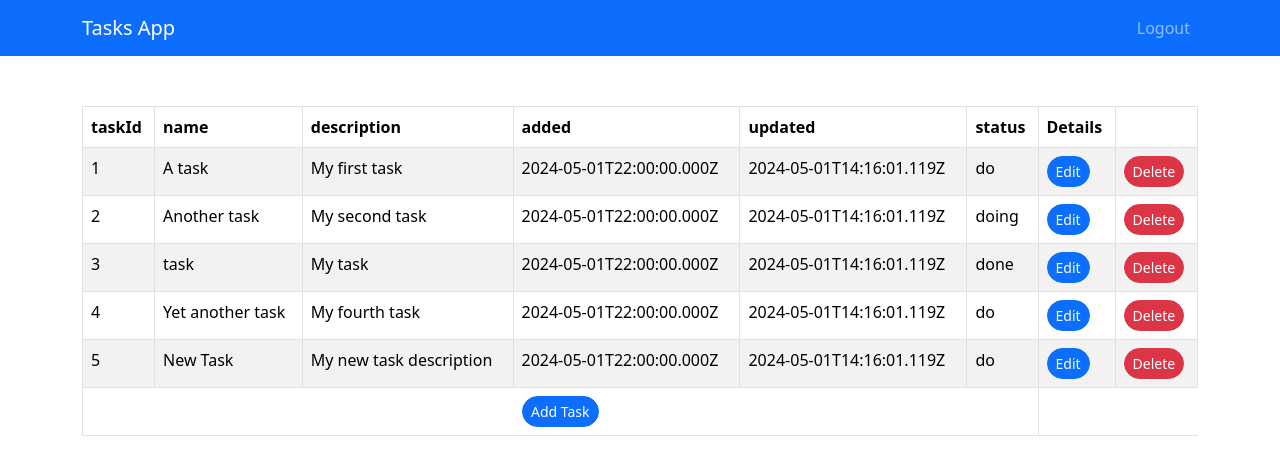
Repository: trider/react-task-manager
Page: /#/tasks
An editor plug-in stored every save of this project. The page is shown before and after the next save, followed by the edit.
The browser window is 1280 px wide. The pictures show the whole page.
The project was rebuilt for these pictures with package versions that can differ from the ones it lists, and the page was loaded fresh each time. Also part of the build but not shown: src/App.css, src/data/_Users.js, src/pages/Login.js.

Above is the page before, as saved 2024-05-07 15:49:41.

### src/App.js
// import logo from './logo.svg';
import './App.css';
import 'bootstrap/dist/css/bootstrap.min.css';
// import { BrowserRouter, Routes, Route } from "react-router-dom";
import {HashRouter as Router, Routes, Route} from "react-router-dom";
import LoginForm from "./pages/Login";
import TaskList from "./pages/Task";

// const path = process.env.REACT_APP_FOR_PATH;

function App() {
  return (
    <div>
      <Router baseline="/">
        <Routes>
          <Route index element={<LoginForm />} />
            <Route path="login" element={<LoginForm />} />
            <Route path="tasks" element={<TaskList />} />
        </Routes>
      </Router>
    </div>
  );
}

export default App;

### src/pages/Task.js
import * as React from 'react';

import { useState } from 'react';

import Table from 'react-bootstrap/Table';
import Container from 'react-bootstrap/Container';
import Button from 'react-bootstrap/Button';
import Form from 'react-bootstrap/Form';

import NavbarComponent from '../components/Navigation';
import userTasks from '../data/_Tasks';
import tableCols from '../data/_Cols';




const TaskTable = () => {

  const [tasks, setTasks] = useState(userTasks);
  const [taskName, setTaskName] = useState("A Task");
  const [taskDescription, setTaskDescription] = useState("Task Description");
  const [dateAdded, setDateAdded] = useState(new Date().toISOString());
  const [dateUpdated, setDateUpdated] = useState(new Date().toISOString());
  const [taskStatus, setTaskStatus] = useState("do");
  const [isAdd, setIsAdd] = useState(false);


  const addTask = (task) => {
    setDateAdded(new Date().toISOString());
    setDateUpdated(new Date().toISOString());
    setTaskStatus('do');
    setIsAdd(false);
    setTasks([...tasks, { id: tasks.length + 1, ...task }]);
  }

  const editTask = (task) => {

    setIsAdd(false);
    setTasks(tasks.map((t) => {
      if (tasks.filter((t) => t.isEdit === true).length < 1) {
        if (t.taskId === task.taskId) t.isEdit = !t.isEdit;
      }

      return t
    }));


  }

  const getButton = (task) => {

    if (task.isEdit) {
      return <Button variant="primary rounded-pill" size='sm' onClick={(e) => updateTask(task)}>
        Update
      </Button>
    }
    else {
      return <Button variant="primary rounded-pill" size='sm' onClick={(e) => editTask(task)}>
        Edit
      </Button>
    }

  }

  const updateTask = (task) => {






    setTasks(tasks.map((t) => {
      setTaskName(t.name);
      setTaskDescription(t.description);
      if (t.taskId === task.taskId) {
        t.isEdit = !t.isEdit;
        t.name = taskName;
        t.description = taskDescription;
        t.updated = new Date().toISOString();
        t.status = taskStatus;
      }
      return t;
    }));
    setIsAdd(false);



  }

  const deleteTask = (task) => {
    setTasks(tasks.filter((t) => t.taskId !== task.taskId));
  }

  const getTask = (task, col) => {
    if (task.isEdit) {
      if (col === 'name') {
        return <Form.Control
          type="text"
          value={taskName}
          onChange={(e) => setTaskName(e.target.value)}
        />
      }
      else if (col === 'description') {
        return <Form.Control
          type="text"
          value={taskDescription}
          onChange={(e) => setTaskDescription(e.target.value)}
        />
      }
      else if (col === 'status') {
        return <Form.Control
          type="text"
          value={taskStatus}
          onChange={(e) => setTaskStatus(e.target.value)}
        />
      }
      else {
        return task[col]
      }


    }
    else {
      return task[col]
    }


  }



  const showTableBody = () => {

    if (isAdd) {

      return <tbody>

        <tr>
          <td>
            {tasks.length + 1}
          </td>
          <td>
            <Form.Control
              type="text"
              value={taskName}
              onChange={(e) => setTaskName(e.target.value)}
            />
          </td>
          <td>
            <Form.Control
              type="text"
              value={taskDescription}
              onChange={(e) => setTaskDescription(e.target.value)}

            />
          </td>
          <td>
            {dateAdded}
          </td>
          <td>
            {dateUpdated}
          </td>
          <td>
            do
          </td>

          <td colSpan='2'>
            <div className="d-grid gap-2 d-md-flex justify-content-md-center">

              <Button variant="primary rounded-pill" size='sm' onClick={(e) => addTask({
                name: taskName,
                description: taskDescription,
                user: 'jonnygold',
                status: 'do',
                taskId: tasks.length + 1,
                added: new Date().toISOString(),
                updated: new Date().toISOString(),
                isActive: true,
                isEdit: false
              })}>
                Add
              </Button>
            </div>
          </td>
        </tr>



      </tbody>



    }
    else {
      return <tbody>
        {tasks.map((task) => (
          <tr key={task.id}>
            {tableCols.map((col) => (
              <td key={col}>

                {getTask(task, col)}

              </td>
            ))}

            <td>
              {getButton(task)}
            </td>
            <td>
              <Button variant="danger rounded-pill" size='sm' onClick={(e) => deleteTask(task)}>
                Delete
              </Button>
            </td>
          </tr>
        ))}



        <tr>

          <td colSpan={tableCols.length} style={{ backgroundColor: "white" }}>
            <div className="d-grid gap-2 d-md-flex justify-content-md-center">
              <Button variant="primary rounded-pill" size='sm' onClick={(e) => setIsAdd(!isAdd)}>
                Add Task
              </Button>
            </div>
          </td>
        </tr>
      </tbody>

    }


  }






  return (
    <div >
      <Table striped bordered hover size="lg">
        <thead>
          <tr>
            {tableCols.map((col) => (
              <th key={col}>{col}</th>
            ))}
            <th>Details</th>
            <th colSpan={"2"}></th>
          </tr>
        </thead>

        {showTableBody()}

      </Table>




    </div>
  );
}


const TaskList = () => {
  return (
    <div>

      <NavbarComponent />
      <Container style={{ marginTop: "50px" }}>

        <div style={{ marginTop: "50px" }}>
          <TaskTable />
        </div>

      </Container>
    </div>
  );
}

export default TaskList;

### src/components/Navigation.js
import * as React from 'react';
import Container from 'react-bootstrap/Container';
import Nav from 'react-bootstrap/Nav';
import Navbar from 'react-bootstrap/Navbar';






const NavbarComponent = () => {
  return (
    <Navbar bg="primary" expand="lg" data-bs-theme="dark">
      <Container>
        <Navbar.Brand href="#home">Tasks App</Navbar.Brand>
        <Navbar.Toggle aria-controls="basic-navbar-nav" />
        <Navbar.Collapse id="basic-navbar-nav">
          <Nav className="me-auto" >
          </Nav>
          <Nav>
            <Nav.Link href="/login">Logout</Nav.Link>
          </Nav>
        </Navbar.Collapse>
      </Container>
    </Navbar>
  );
}



export default NavbarComponent;

### src/data/_Tasks.js
const userTasks= [
 {
   id: "6630ab326e723ac1ea6dce7a",
   description: "My first task",
   name: "A task",
   taskId: 1,
   user: "jonnygold",
   added: "2024-05-01T22:00:00.000Z",
   updated: "2024-05-01T14:16:01.119Z",
   status: "do",
   isActive: true,
   isEdit: false
 },
 {
   id: "6630fe5d6e723ac1ea6dce7e",
   description: "My second task",
   name: "Another task",
   taskId: 2,
   user: "jonnygold",
   added: "2024-05-01T22:00:00.000Z",
   updated:"2024-05-01T14:16:01.119Z",
   status: "doing",
   isActive: true,
   isEdit: false
 },
 {
   id: "6630fe826e723ac1ea6dce7f",
   description: "My task",
   name: "task",
   taskId: 3,
   user: "jonnygold",
   added: "2024-05-01T22:00:00.000Z",
   updated:"2024-05-01T14:16:01.119Z",
   status: "done",
   isActive: true,
   isEdit: false
 },
 {
   id: "6631f17cc4c9b7f5ab3c28c3",
   name: "Yet another task",
   description: "My fourth task",
   user: "jonnygold",
   taskId: 4,
   added: "2024-05-01T22:00:00.000Z",
   updated:"2024-05-01T14:16:01.119Z",
   isActive: true,
   status: "do",
   isEdit: false

 },
 {
   id: "66323f0d54b80929f84ebdd2",
   user: "jonnygold",
   name: "New Task",
   description: "My new task description",
   status: "do",
   taskId: 5,
   added: "2024-05-01T22:00:00.000Z",
   updated:"2024-05-01T14:16:01.119Z",
   isActive: true,
   isEdit: false
 }

]

export default userTasks

### src/data/_Cols.js
const tableCols = [
 'taskId',
 'name',
 'description',
 'added',
 'updated',
 'status',
];

export default tableCols

Loaded but not shown: public/index.html (common file); src/index.js (common file); src/index.css (common file); src/reportWebVitals.js (common file)

After the next save:
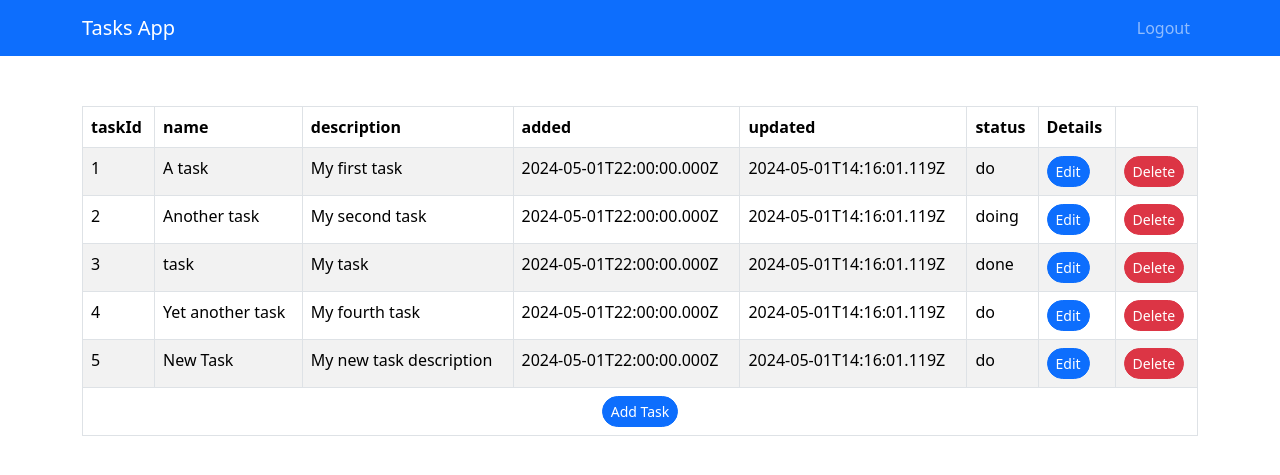
Saved 15 s later.
--- a/src/pages/Task.js
+++ b/src/pages/Task.js
@@ -218,7 +218,7 @@ const TaskTable = () => {
 
         <tr>
 
-          <td colSpan={tableCols.length} style={{ backgroundColor: "white" }}>
+          <td colSpan={tableCols.length + 2} style={{ backgroundColor: "white" }}>
             <div className="d-grid gap-2 d-md-flex justify-content-md-center">
               <Button variant="primary rounded-pill" size='sm' onClick={(e) => setIsAdd(!isAdd)}>
                 Add Task
